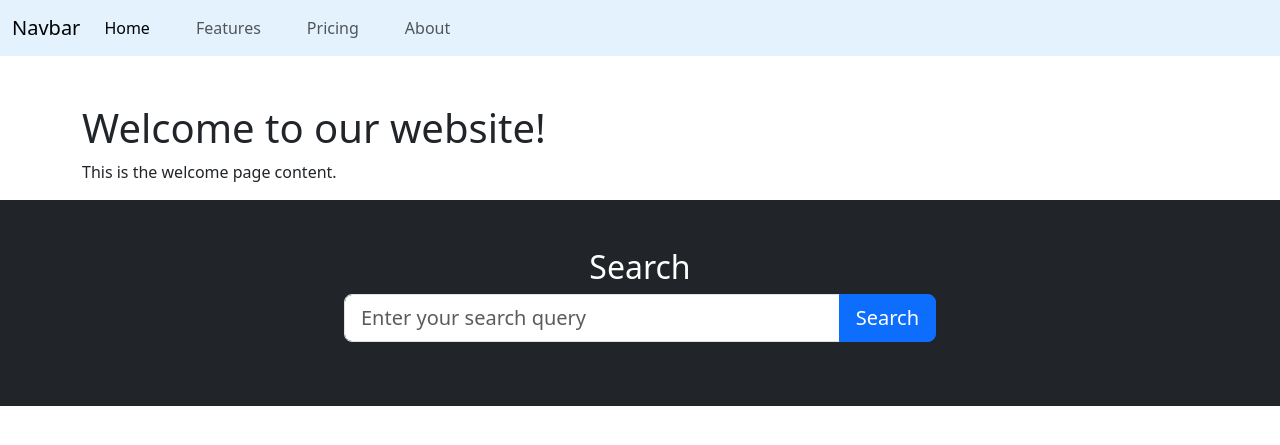
Repository: gyfffffff/meishimeike_test
Page: meishimeike/hello.html
An editor plug-in stored every save of this project. The page is shown before and after the next save, followed by the edit.
The browser window is 1280 px wide. The pictures show the whole page.

Above is the page before, as saved 2023-07-13 10:40:00.

### meishimeike/hello.html
<!DOCTYPE html>
<html lang="en">

<head>
    <meta charset="UTF-8">
    <meta name="viewport" content="width=device-width, initial-scale=1.0">
    <link rel="stylesheet" href="https://cdn.jsdelivr.net/npm/bootstrap@5.3.0/dist/css/bootstrap.min.css">
    <style>
        .navbar-nav li {
            margin-right: 30px;
            /* 调整右侧间距 */
        }
    </style>

    <title>美食每刻</title>
</head>

<body>
    <nav class="navbar navbar-expand-lg" style="background-color: #e3f2fd;" data-bs-theme="light">
        <div class="container-fluid">
            <a class="navbar-brand" href="#">Navbar</a>
            <button class="navbar-toggler collapsed" type="button" data-bs-toggle="collapse" data-bs-target="#navbarColor03"
                aria-controls="navbarColor03" aria-expanded="false" aria-label="Toggle navigation">
                <span class="navbar-toggler-icon"></span>
            </button>
            <div class="navbar-collapse collapse" id="navbarColor03" style="">
                <ul class="navbar-nav me-auto mb-2 mb-lg-0">
                    <li class="nav-item">
                        <a class="nav-link active" aria-current="page" href="#">Home</a>
                    </li>
                    <li class="nav-item">
                        <a class="nav-link" href="#">Features</a>
                    </li>
                    <li class="nav-item">
                        <a class="nav-link" href="#">Pricing</a>
                    </li>
                    <li class="nav-item">
                        <a class="nav-link" href="#">About</a>
                    </li>
                </ul>
                <!-- <form class="d-flex" role="search">
                    <input class="form-control me-2" type="search" placeholder="Search" aria-label="Search">
                    <button class="btn btn-outline-primary" type="submit">Search</button>
                </form> -->
            </div>
        </div>
    </nav>

    <div class="container mt-5">
        <h1>Welcome to our website!</h1>
        <p>This is the welcome page content.</p>
    </div>

    <div class="container-fluid bg-dark text-center p-5">
        <h2 class="text-white">Search</h2>
        <div class="input-group mb-3 w-50 mx-auto">
            <input type="text" class="form-control form-control-lg" placeholder="Enter your search query">
            <button class="btn btn-primary btn-lg" type="button">Search</button>
        </div>
    </div>

    <script src="https://cdn.jsdelivr.net/npm/bootstrap@5.3.0/dist/js/bootstrap.bundle.min.js"></script>
</body>

</html>

After the next save:
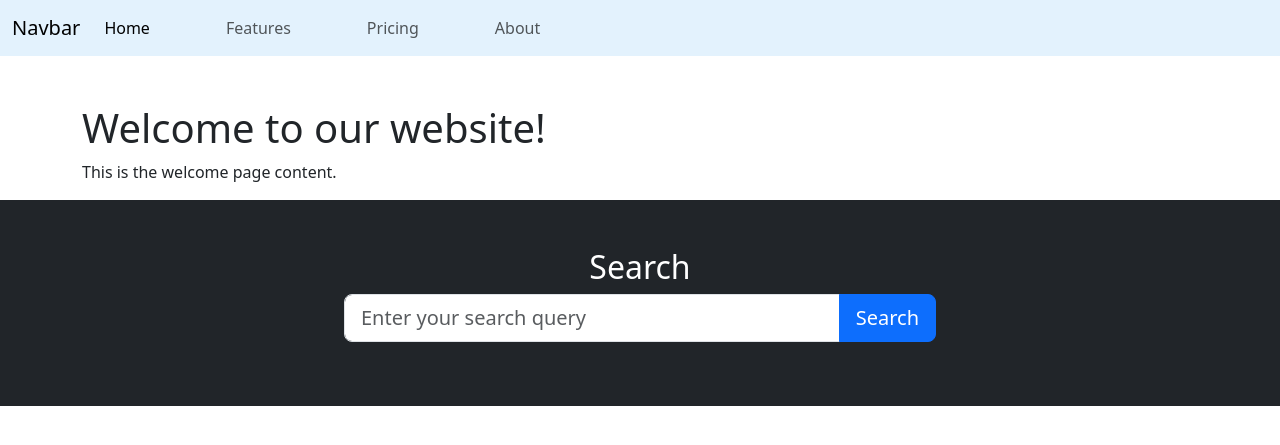
Saved 52 s later.
--- a/meishimeike/hello.html
+++ b/meishimeike/hello.html
@@ -7,7 +7,7 @@
     <link rel="stylesheet" href="https://cdn.jsdelivr.net/npm/bootstrap@5.3.0/dist/css/bootstrap.min.css">
     <style>
         .navbar-nav li {
-            margin-right: 30px;
+            margin-right: 60px;
             /* 调整右侧间距 */
         }
     </style>
